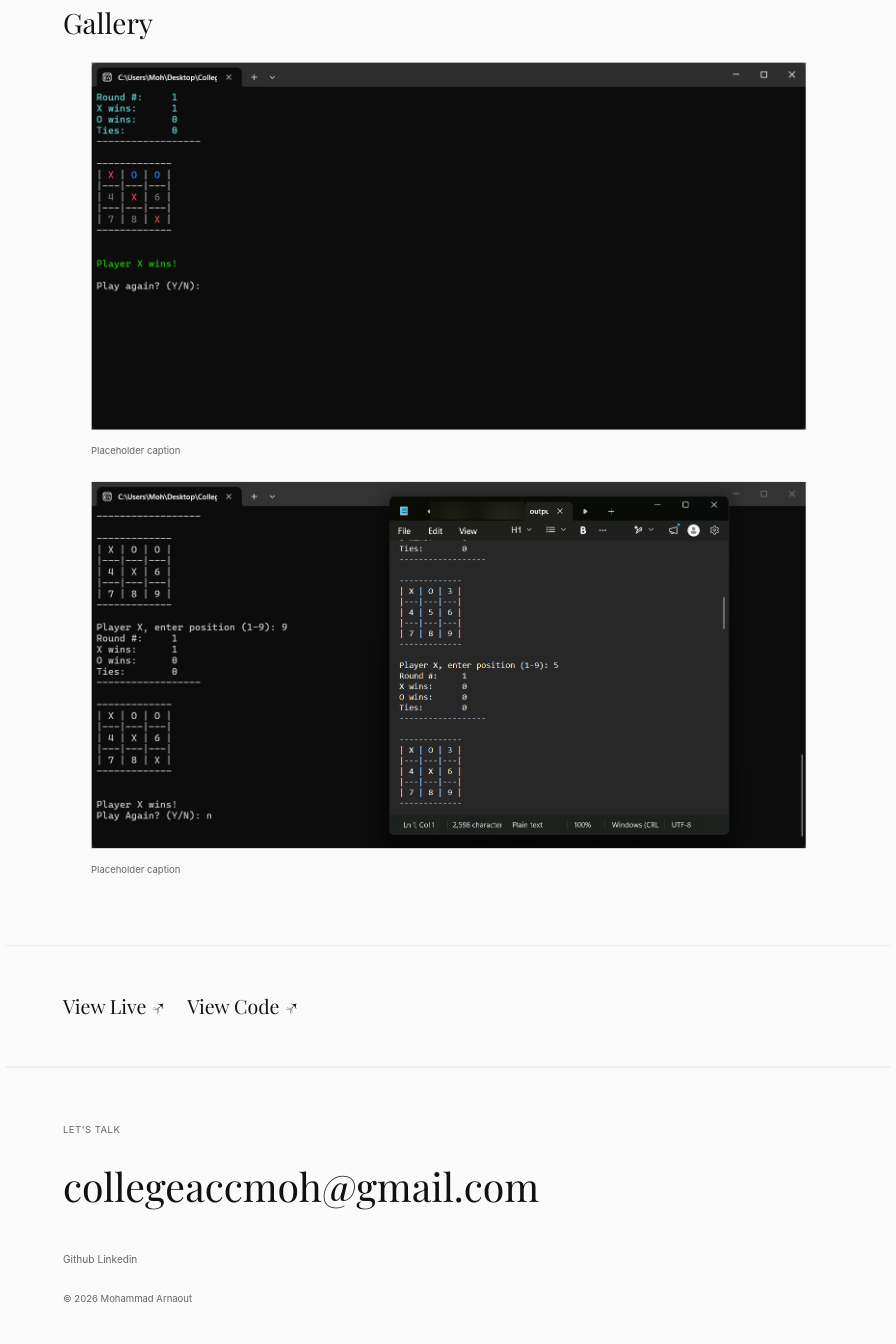
Repository: Moh-Arna/Moh-Arna
Page: project-detail-p1.html
The author's editor kept a copy of each file at every save. The page is drawn from the files as they stood at one save, then again after the next save.
The browser window is 1280 px wide. The pictures show the part of the page from y = 2201 to 4121 px (the page is 4121 px tall), at 70% of full size.
Some web fonts or font styles are not loaded; a fallback is used.

Above is the page before, as saved 2026-05-15 22:16:27.

After the next save:
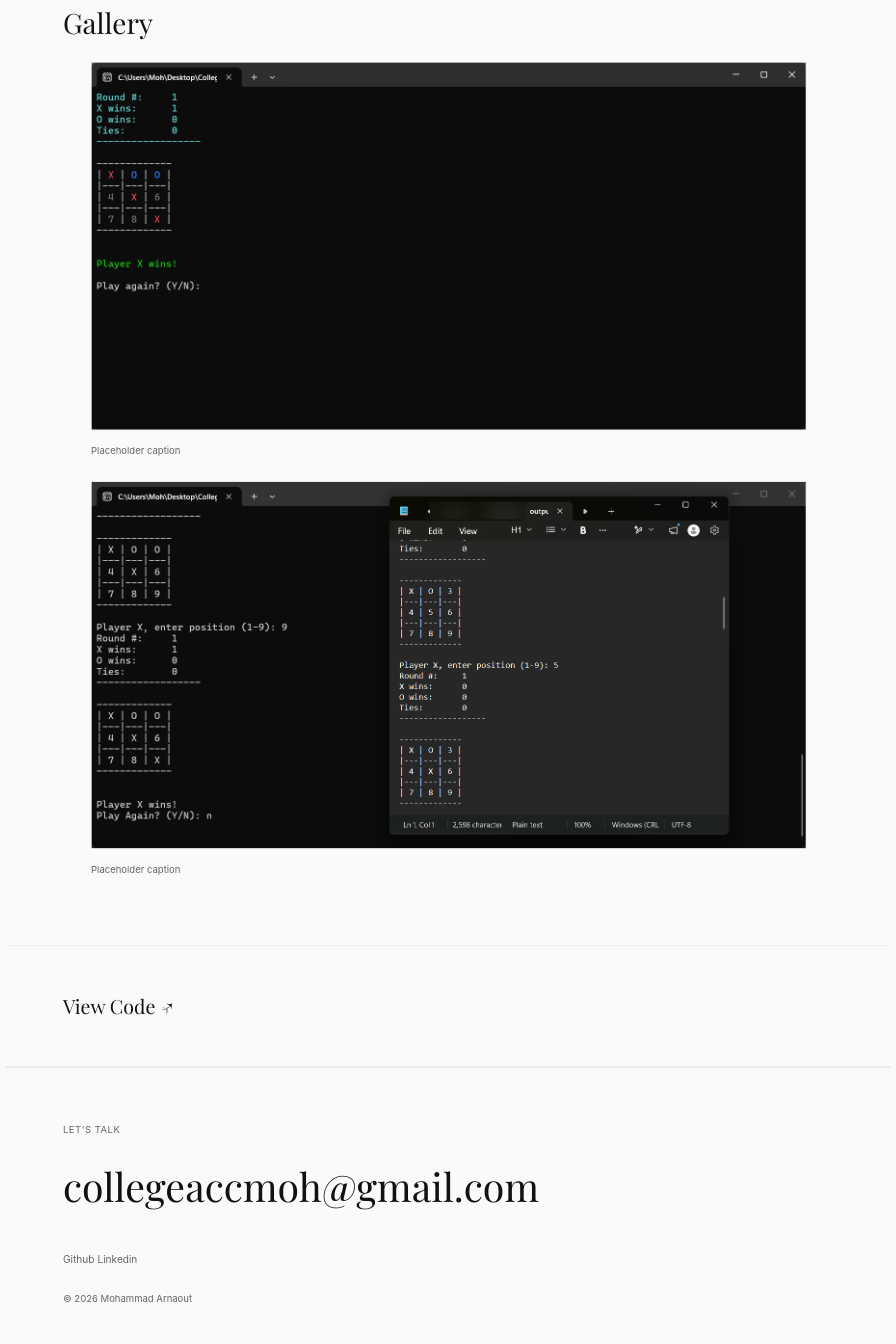
Saved 82 s later.
--- a/project-detail-p1.html
+++ b/project-detail-p1.html
@@ -130,8 +130,7 @@
     <!-- External links -->
     <section class="links">
       <div class="container">
-        <a href="#" target="_blank" class="external-link">View Live ↗</a>
-        <a href="#" target="_blank" class="external-link">View Code ↗</a>
+        <a href="https://github.com/Moh-Arna/tictactoe" target="_blank" class="external-link">View Code ↗</a>
       </div>
     </section>
 
